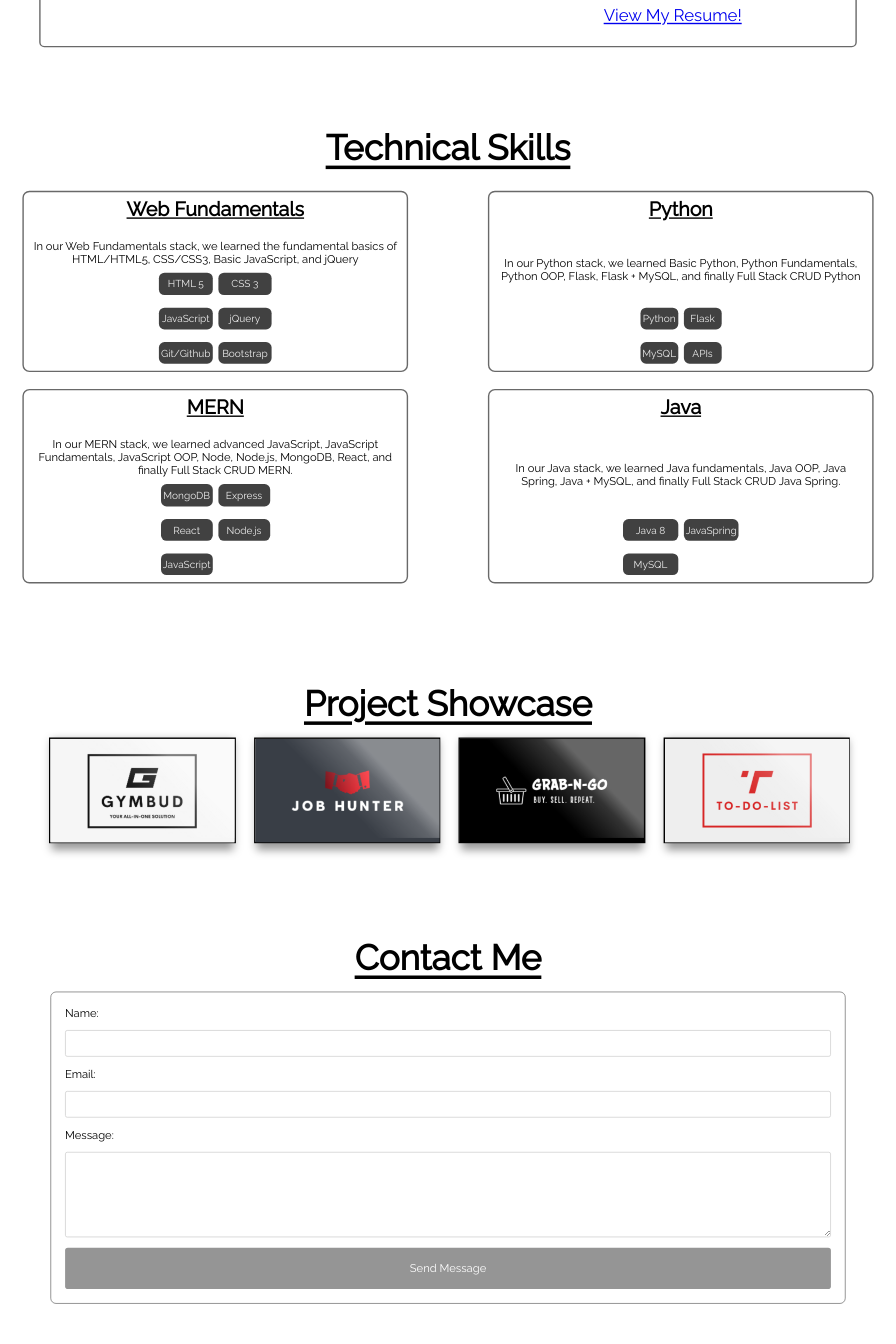
Repository: RICHIE-YIN/Personal-Portfolio
Page: index.html
These files come from the project's save history. The page is drawn as it stood at one moment and after the next save; the edit follows.
The browser window is 1280 px wide. The pictures show the part of the page from y = 2331 to 4251 px (the page is 4251 px tall before and 4187 px after), at 70% of full size.
Some web fonts or font styles are not loaded; a fallback is used.

Above is the page before, as saved 2023-06-12 17:07:17.
Console error: ReferenceError: $ is not defined

After the next save:
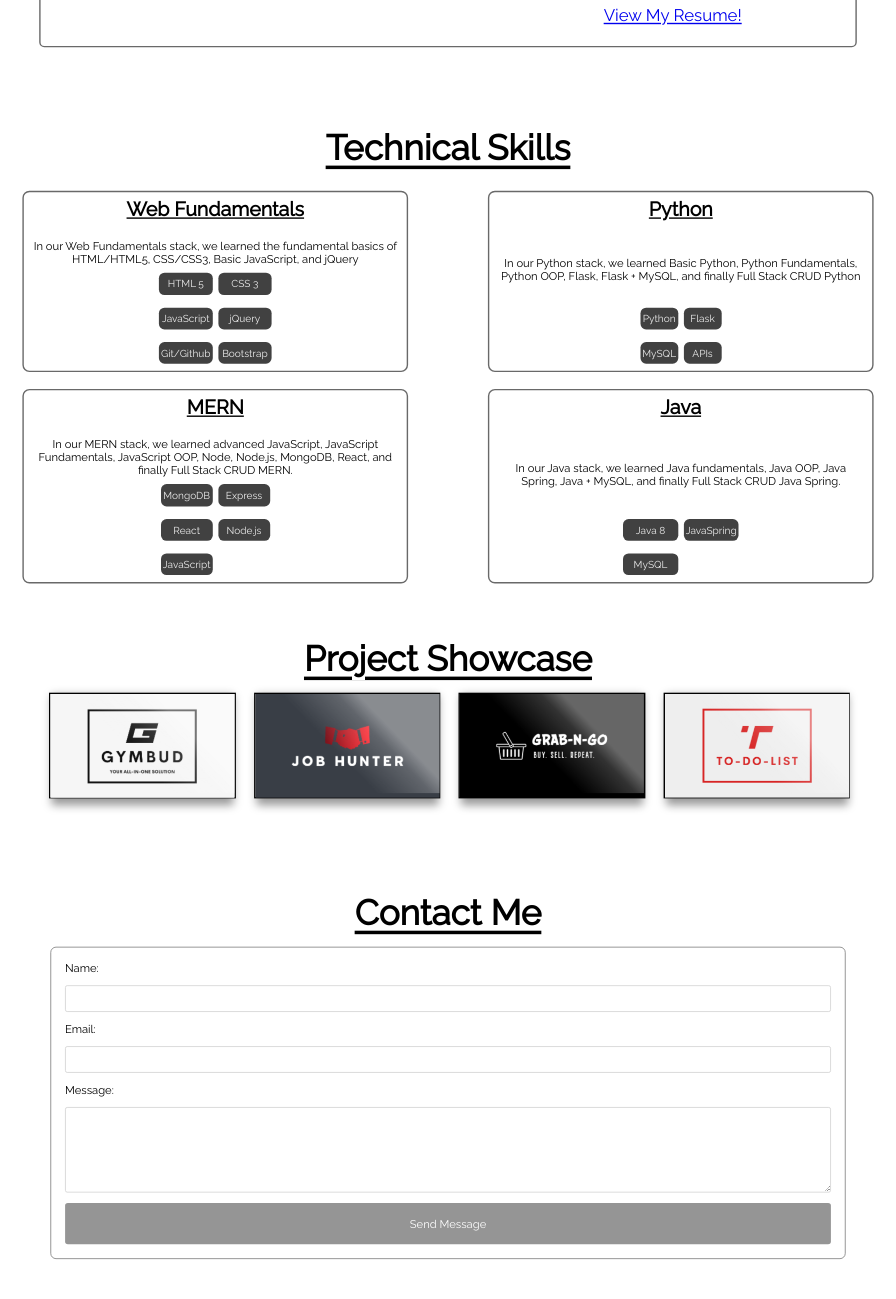
Saved 39 s later.
--- a/styles.css
+++ b/styles.css
@@ -290,9 +290,8 @@ display: none;
 
 .skills-section {
     display: flex;
-    flex-direction: column;
-    align-items: center;
-    margin-bottom: 4rem;
+    justify-content: center;
+    flex-wrap: wrap;
     /* padding-left: 25px; */
     /* padding-right: 25px; */
 }
